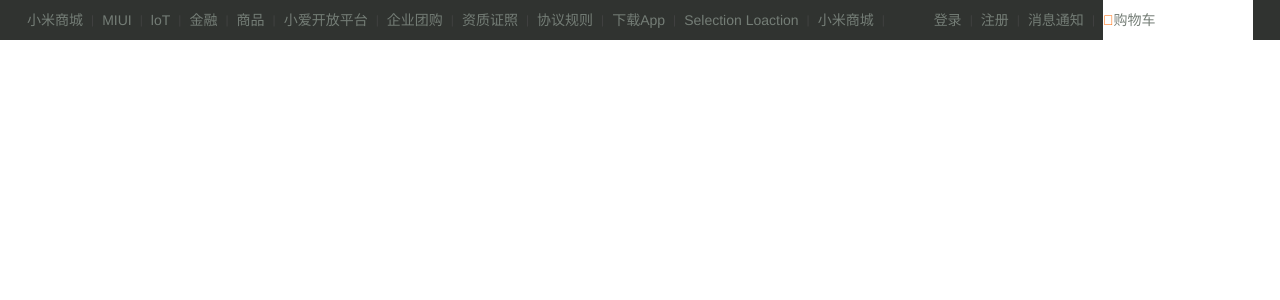
Repository: chenguocan/mi
Page: index.html
An editor plug-in stored every save of this project. The page is shown before and after the next save, followed by the edit.
The browser window is 1280 px wide. The pictures show the whole page.
The pointer rests on the first visible `.topbar .shop-cart`.

Above is the page before, as saved 2020-10-13 10:31:11.

### index.html
<!DOCTYPE html>
<html lang="en">

<head>
    <meta charset="UTF-8">
    <title>小米商城 - 小米10 Pro、Redmi K30 Pro、小米MIX Alpha，小米电视官方网站</title>
    <meta name="viewport" content="width=1226">
    <link rel="stylesheet" href="./css/reset.css">
    <link rel="stylesheet" href="./css/index.css">
    <link rel="stylesheet" href="./css/base.css">
    <link rel="stylesheet" href="./font/css/all.min.css">
</head>

<body>
    <div class="topbar-wrapper">
        <div class="topbar w">
            <ul class="service">
                <li><a href="javascript:;">小米商城</a></li>
                <li class="line">|</li>
                <li><a href="javascript:;">MIUI</a></li>
                <li class="line">|</li>
                <li><a href="javascript:;">loT</a></li>
                <li class="line">|</li>
                <li><a href="javascript:;">金融</a></li>
                <li class="line">|</li>
                <li><a href="javascript:;">商品</a></li>
                <li class="line">|</li>
                <li><a href="javascript:;">小爱开放平台</a></li>
                <li class="line">|</li>
                <li><a href="javascript:;">企业团购</a></li>
                <li class="line">|</li>
                <li><a href="javascript:;">资质证照</a></li>
                <li class="line">|</li>
                <li><a href="javascript:;">协议规则</a></li>
                <li class="line">|</li>
                <li><a href="javascript:;">下载App</a></li>
                <li class="line">|</li>
                <li><a href="javascript:;">Selection Loaction</a></li>
                <li class="line">|</li>
                <li><a href="javascript:;">小米商城</a></li>
                <li class="line">|</li>
            </ul>
            <ul class="shop-cart">
                <li><i class="fa-adobe"></i><a href="javascript:;">购物车</a></li>
            </ul>
            <ul class="user">
                <li><a href="javascript:;">登录</a></li>
                <li class="line">|</li>
                <li><a href="javascript:;">注册</a></li>
                <li class="line">|</li>
                <li><a href="javascript:;">消息通知</a></li>
                <li class="line">|</li>
            </ul>
        </div>
    </div>
</body>

</html>

### css/reset.css
/* v2.0 | 20110126
  http://meyerweb.com/eric/tools/css/reset/
  License: none (public domain)
*/
html, body, div, span, applet, object, iframe,
h1, h2, h3, h4, h5, h6, p, blockquote, pre,
a, abbr, acronym, address, big, cite, code,
del, dfn, em, img, ins, kbd, q, s, samp,
small, strike, strong, sub, sup, tt, var,
b, u, i, center,
dl, dt, dd, ol, ul, li,
fieldset, form, label, legend,
table, caption, tbody, tfoot, thead, tr, th, td,
article, aside, canvas, details, embed,
figure, figcaption, footer, header, hgroup,
menu, nav, output, ruby, section, summary,
time, mark, audio, video {
    margin: 0;
    padding: 0;
    border: 0;
    font-size: 100%;
    font: inherit;
    vertical-align: baseline;
}
/* HTML5 display-role reset for older browsers */
article, aside, details, figcaption, figure,
footer, header, hgroup, menu, nav, section {
    display: block;
}
body {
    line-height: 1;
}
ol, ul {
    list-style: none;
}
blockquote, q {
    quotes: none;
}
blockquote:before, blockquote:after,
q:before, q:after {
    content: '';
    content: none;
}
table {
    border-collapse: collapse;
    border-spacing: 0;
}

### css/index.css
*{
    box-sizing: border-box;
}
.topbar-wrapper{
    background:rgb(48, 51, 48);
    height: 40px;
    width: 100%;
}
.topbar .service{
    float: left;
}
.topbar .user,.topbar .shop-cart{
    float: right;
}
.topbar ul li{
    line-height: 40px;
    float: left;
}
.topbar ul li a{
    display: inline-block;
    color:rgb(116, 125, 118);
}
.topbar ul li a:hover{
    color:white;
}
.topbar .line{
    font-size:12px;
    color:#424242;
    margin:0 8px;
}
.topbar .shop-cart{
    width: 150px;
}
.topbar .shop-cart:hover{
    color:rgb(255, 103, 0);
    background: white;
}

### css/base.css

.clearfix::before,
.clearfix::after{
    content: '';
    display: table;
    clear: both;
}

body{
    color: rgb(51,51,51);
    font: 14px/1.5 "Helvetica Neue", Helvetica, Arial, "Microsoft Yahei", "Hiragino Sans GB", "Heiti SC", "WenQuanYi Micro Hei", sans-serif;
    min-width: 1226px;
}
a{
    text-decoration: none;
    color:#333;
}
.w{
    width: 1226px;
    margin-left:auto;
    margin-right: auto;
}

Loaded but not shown: font/css/all.min.css (library)

After the next save:
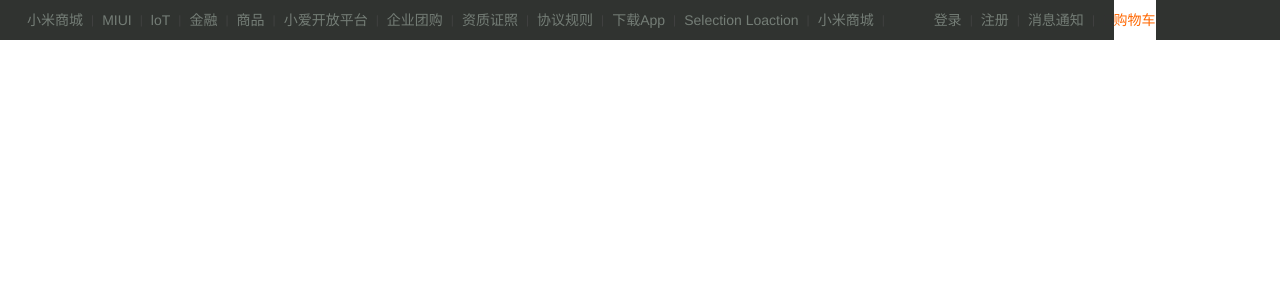
Saved 34 s later.
--- a/css/index.css
+++ b/css/index.css
@@ -31,7 +31,7 @@
 .topbar .shop-cart{
     width: 150px;
 }
-.topbar .shop-cart:hover{
+.topbar .shop-cart:hover a{
     color:rgb(255, 103, 0);
     background: white;
 }
